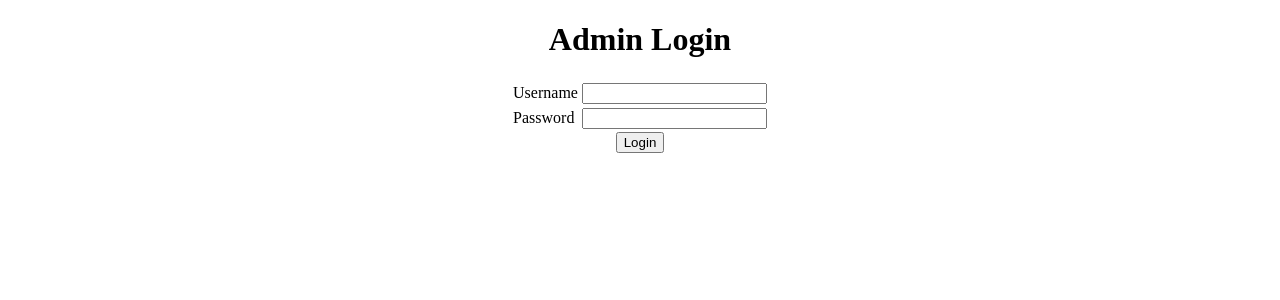
Repository: ashkumar661/Phase-2-Project
Page: http://localhost/crud-example/
These files come from the project's save history. The page is drawn as it stood at one moment and after the next save; the edit follows.
The browser window is 1280 px wide. The pictures show the whole page.
The page is served by Tomcat 9. Other server files are loaded and not shown.

Above is the page before, as saved 2022-05-20 03:20:28.

### crud-example/src/main/webapp/login-form.jsp
<%@ page language="java" contentType="text/html; charset=ISO-8859-1"
	pageEncoding="ISO-8859-1"%>

<!DOCTYPE html>
<html>
<head>
<meta charset="ISO-8859-1">
<title>Login Page</title>
</head>
<body>
	<div align="center">
		<h1>Admin Login</h1>
		<form action="Login" method="post">
			<table>
				<tr>
					<td>Username</td>
					<td><input type="text" name="username" /></td>
				</tr>
				<tr>
					<td>Password</td>
					<td><input type="password" name="password" /></td>
				</tr>
			</table>
			<input type="submit" value="Login" />
		</form>
	</div>
</body>
</html>

After the next save:
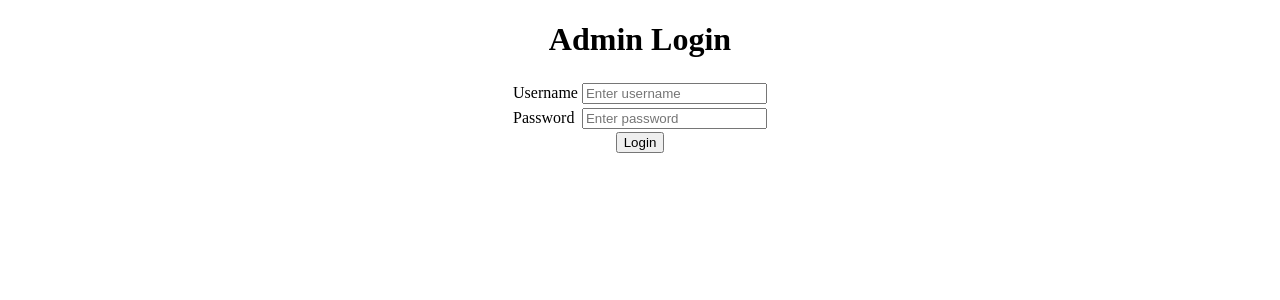
Saved 6 min 11 s later.
--- a/crud-example/src/main/webapp/login-form.jsp
+++ b/crud-example/src/main/webapp/login-form.jsp
@@ -14,11 +14,11 @@
 			<table>
 				<tr>
 					<td>Username</td>
-					<td><input type="text" name="username" /></td>
+					<td><input type="text" name="username" placeholder="Enter username" /></td>
 				</tr>
 				<tr>
 					<td>Password</td>
-					<td><input type="password" name="password" /></td>
+					<td><input type="password" name="password" placeholder="Enter password"/></td>
 				</tr>
 			</table>
 			<input type="submit" value="Login" />
